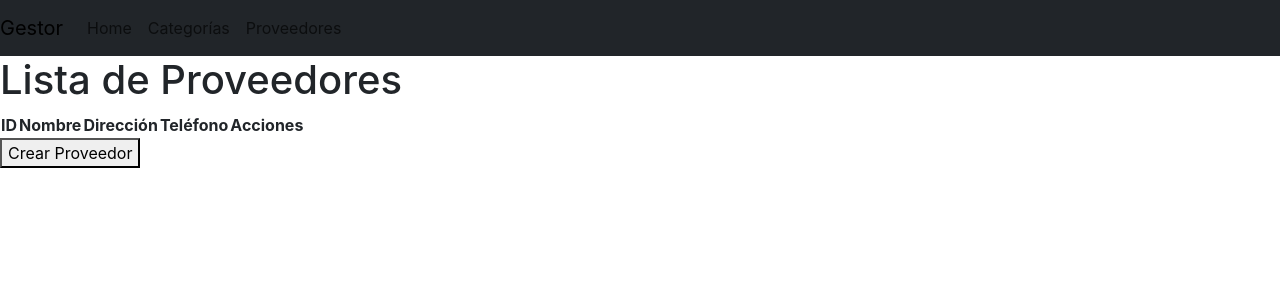
Repository: SantiagoGuaman/gestor-app
Page: /providers
The author's editor kept a copy of each file at every save. The page is drawn from the files as they stood at one save, then again after the next save.
The browser window is 1280 px wide. The pictures show the whole page.
The page's requests for data from a server got no answer. The project was rebuilt for these pictures with package versions that can differ from the ones it lists, and the page was loaded fresh each time. No one was signed in, and anything a server would have sent is missing. Also part of the build but not shown: src/App.css, src/Categories/GetDataCategories.js, src/HomePage/HomePage.js.

Above is the page before, as saved 2024-02-14 11:11:41.

### public/index.html
<!DOCTYPE html>
<html lang="en">
  <head>
    <meta charset="utf-8" />
    <link rel="icon" href="%PUBLIC_URL%/favicon.ico" />
    <meta name="viewport" content="width=device-width, initial-scale=1" />
    <meta name="theme-color" content="#000000" />
    <meta
      name="description"
      content="Web site created using create-react-app"
    />
    <link rel="apple-touch-icon" href="%PUBLIC_URL%/logo192.png" />
    <!--
      manifest.json provides metadata used when your web app is installed on a
      user's mobile device or desktop. See https://developers.google.com/web/fundamentals/web-app-manifest/
    -->
    <link href="https://cdn.jsdelivr.net/npm/bootstrap@5.3.2/dist/css/bootstrap.min.css" rel="stylesheet" integrity="sha384-T3c6CoIi6uLrA9TneNEoa7RxnatzjcDSCmG1MXxSR1GAsXEV/Dwwykc2MPK8M2HN" crossorigin="anonymous">
    <link rel="manifest" href="%PUBLIC_URL%/manifest.json" />
    <!--
      Notice the use of %PUBLIC_URL% in the tags above.
      It will be replaced with the URL of the `public` folder during the build.
      Only files inside the `public` folder can be referenced from the HTML.

      Unlike "/favicon.ico" or "favicon.ico", "%PUBLIC_URL%/favicon.ico" will
      work correctly both with client-side routing and a non-root public URL.
      Learn how to configure a non-root public URL by running `npm run build`.
    -->
    <title>Gestor APP</title>
  </head>
  <body>
    <noscript>You need to enable JavaScript to run this app.</noscript>
    <div id="root"></div>
    <!--
      This HTML file is a template.
      If you open it directly in the browser, you will see an empty page.

      You can add webfonts, meta tags, or analytics to this file.
      The build step will place the bundled scripts into the <body> tag.

      To begin the development, run `npm start` or `yarn start`.
      To create a production bundle, use `npm run build` or `yarn build`.
    -->
  </body>
  <script src="https://cdn.jsdelivr.net/npm/bootstrap@5.3.2/dist/js/bootstrap.bundle.min.js" integrity="sha384-C6RzsynM9kWDrMNeT87bh95OGNyZPhcTNXj1NW7RuBCsyN/o0jlpcV8Qyq46cDfL" crossorigin="anonymous"></script>
</html>

### src/App.js
import { BrowserRouter, Route, Routes } from 'react-router-dom';
import './App.css';
import GetDataCategories from './Categories/GetDataCategories';
import NavBar from './NavBar/NavBar';
import GetDataProviders from './Proveedores/GetDataProviders';
import HomePage from './HomePage/HomePage';

function App() {
  return (
    <div>
      <BrowserRouter>
        <NavBar />
        <Routes>
          <Route exact path='/' element={<HomePage />} />
          <Route exact path='/categories' element={<GetDataCategories />} />
          <Route exact path='/providers' element={<GetDataProviders />} />
        </Routes>
      </BrowserRouter>
    </div>
  );
}

export default App;

### src/NavBar/NavBar.js
import React from 'react'
import { Link } from 'react-router-dom'

function NavBar() {
    return (
        <nav className="navbar navbar-expand-lg navbar-light bg-dark lg">
            <Link className="navbar-brand" to="/">Gestor</Link>
            <button className="navbar-toggler" type="button" data-toggle="collapse" data-target="#navbarNav" aria-controls="navbarNav" aria-expanded="false" aria-label="Toggle navigation">
                <span className="navbar-toggler-icon"></span>
            </button>
            <div className="collapse navbar-collapse" id="navbarNav">
                <ul className="navbar-nav">
                    <li className="nav-item active">
                        <Link className="nav-link" to="/">Home</Link>
                    </li>
                    <li className="nav-item">
                        <Link className="nav-link" to="/categories">Categorías</Link>
                    </li>
                    <li className="nav-item">
                        <Link className="nav-link" to="/providers">Proveedores</Link>
                    </li>
                </ul>
            </div>
        </nav>
    )
}

export default NavBar

### src/Proveedores/GetDataProviders.js
import React, { useEffect, useState } from 'react'

function GetDataProviders() {

    const endPoint = 'http://localhost:8080/api/proveedores';

    const [proveedores, setProveedores] = useState([]);
    const [newProveedor, setNewProveedor] = useState('');
    const [editProveedor, setEditProveedor] = useState({
        nombre: '',
        direccion: '',
        telefono: ''
    });
    const [isCreateModalOpen, setCreateModalOpen] = useState(false);

    const fetchData = async () => {
        try {
            const response = await fetch(endPoint);
            if (response.ok) {
                const data = await response.json();
                setProveedores(data);
            }
        } catch (error) {
            console.error("Error fetching data:", error);
        }
    };

    const handleCreate = async () => {
        try {
            const response = await fetch(endPoint, {
                method: 'POST',
                headers: {
                    'Content-Type': 'application/json',
                },
                body: JSON.stringify({
                    nombre: newProveedor,
                    direccion: newProveedor,
                    telefono: newProveedor
                }),
            });

            if (response.ok) {
                console.log('Proveedor creado exitosamente');
                fetchData();
                setNewProveedor('');
                setCreateModalOpen(false);
            } else {
                console.error('Error al crear el Proveedor');
            }
        } catch (error) {
            console.error('Error al procesar la solicitud de creación:', error);
        }
    };

    const handleEdit = (proveedor) => {
        setEditProveedor(proveedor);
    };

    const handleUpdate = async () => {
        try {
            const response = await fetch(`${endPoint}/${editProveedor.id}`, {
                method: 'PUT',
                headers: {
                    'Content-Type': 'application/json',
                },
                body: JSON.stringify(editProveedor),
            });

            if (response.ok) {
                console.log('Proveedor actualizado exitosamente');
                fetchData();
                setEditProveedor({
                    id: null,
                    nombre: '',
                    direccion: '',
                    telefono: ''
                });
            } else {
                console.error('Error al actualizar el Proveedor');
            }
        } catch (error) {
            console.error('Error al procesar la solicitud de actualización:', error);
        }
    };

    useEffect(() => {
        fetchData();
    }, []);

    return (
        <div>
            <h1>Lista de Proveedores</h1>
            <table>
                <thead>
                    <tr>
                        <th>ID</th>
                        <th>Nombre</th>
                        <th>Dirección</th>
                        <th>Teléfono</th>
                        <th>Acciones</th>
                    </tr>
                </thead>
                <tbody>
                    {proveedores.map((proveedor) => (
                        <tr key={proveedor.id_proveedor}>
                            <td>{proveedor.id_proveedor}</td>
                            <td>{proveedor.nombre}</td>
                            <td>{proveedor.direccion}</td>
                            <td>{proveedor.telefono}</td>
                            <td>
                                <button onClick={() => handleEdit(proveedor)}>Editar</button>
                            </td>
                        </tr>
                    ))}
                </tbody>
            </table>
            <button onClick={() => setCreateModalOpen(true)}>Crear Proveedor</button>
            {isCreateModalOpen && (
                <div>
                    <h2>Crear Nuevo Proveedor</h2>
                    <input
                        type="text"
                        value={newProveedor}
                        onChange={(e) => setNewProveedor(e.target.value)}
                    />
                    <button onClick={handleCreate}>Crear</button>
                </div>
            )}
            {editProveedor.id && (
                <div>
                    <h2>Editar Proveedor</h2>
                    <input
                        type="text"
                        value={editProveedor.nombre}
                        onChange={(e) => setEditProveedor({ ...editProveedor, nombre: e.target.value })}
                    />
                    <input
                        type="text"
                        value={editProveedor.direccion}
                        onChange={(e) => setEditProveedor({ ...editProveedor, direccion: e.target.value })}
                    />
                    <input
                        type="text"
                        value={editProveedor.telefono}
                        onChange={(e) => setEditProveedor({ ...editProveedor, telefono: e.target.value })}
                    />
                    <button onClick={handleUpdate}>Guardar</button>
                </div>
            )}
        </div>
    );
}

export default GetDataProviders

Loaded but not shown: src/index.js (common file); src/index.css (common file); src/reportWebVitals.js (common file)

After the next save:
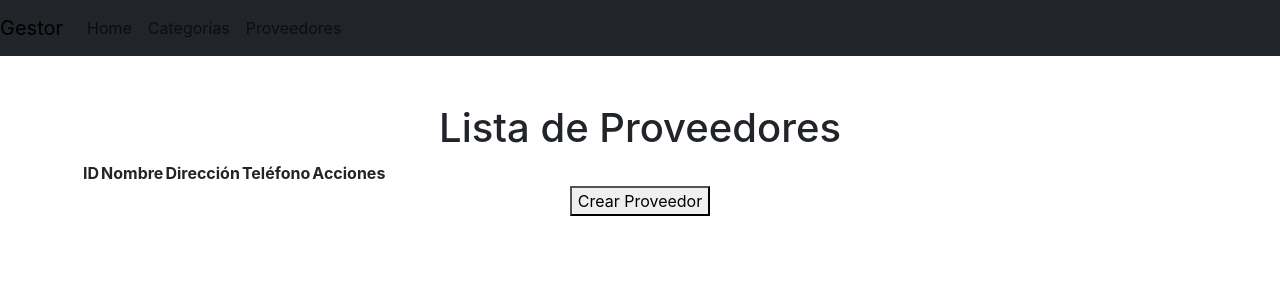
Saved 2 min 1 s later.
--- a/src/Proveedores/GetDataProviders.js
+++ b/src/Proveedores/GetDataProviders.js
@@ -88,7 +88,7 @@ function GetDataProviders() {
     }, []);
 
     return (
-        <div>
+        <div className='container text-center mt-5'>
             <h1>Lista de Proveedores</h1>
             <table>
                 <thead>
